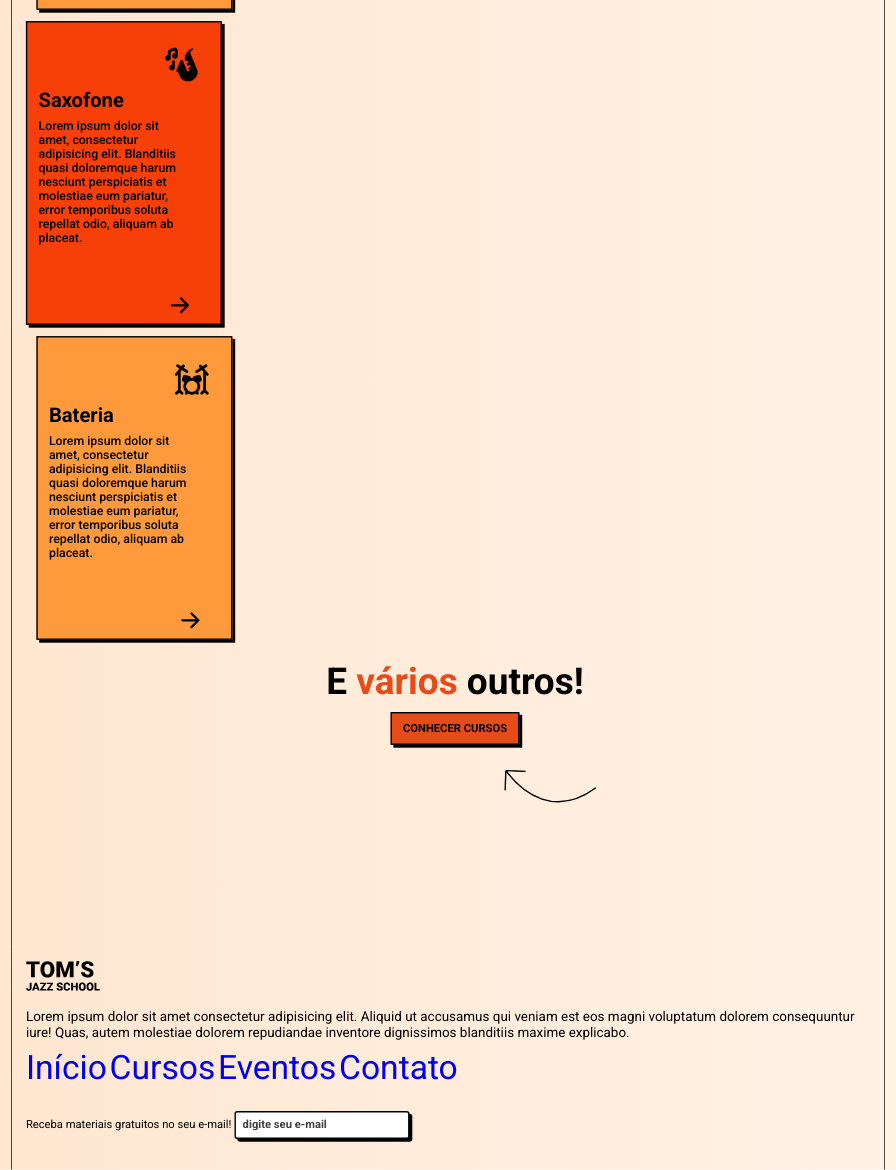
Repository: guilhermecardoso93/obebitecode
Page: index.html
The author's editor kept a copy of each file at every save. The page is drawn from the files as they stood at one save, then again after the next save.
The browser window is 1280 px wide. The pictures show the part of the page from y = 2363 to 4283 px (the page is 4034 px tall before and 4283 px after), at 70% of full size.

Above is the page before, as saved 2023-08-16 20:44:18.

After the next save:
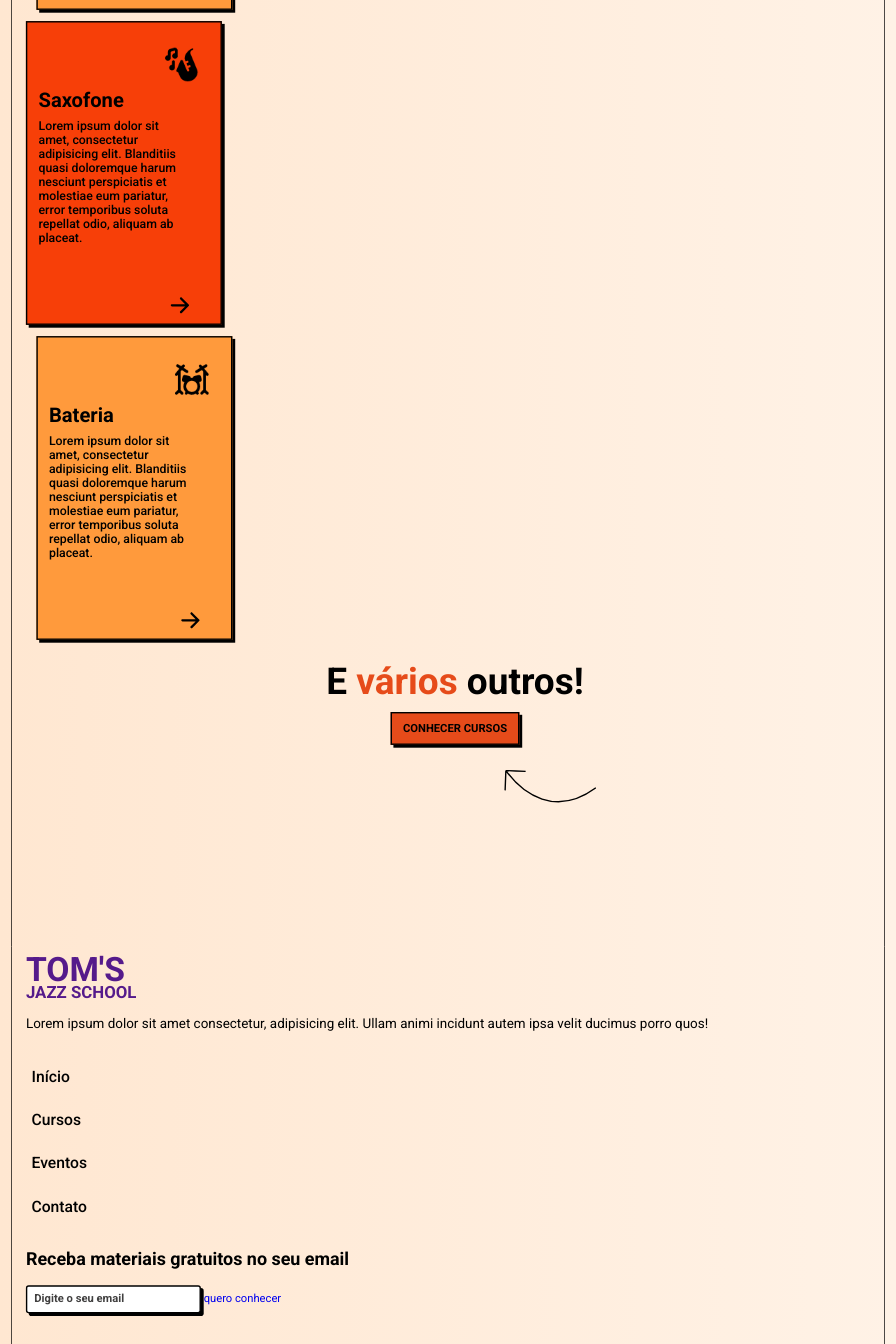
Saved 35 s later.
--- a/index.html
+++ b/index.html
@@ -107,26 +107,24 @@
         </div>
       </section>
     </main>
-    <footer>
+    <footer id="contato">
       <div>
-        <img src="./assets/logo.svg" alt="Logo da Tom's Jazz School" />
-        <p>
-          Lorem ipsum dolor sit amet consectetur adipisicing elit. Aliquid ut
-          accusamus qui veniam est eos magni voluptatum dolorem consequuntur
-          iure! Quas, autem molestiae dolorem repudiandae inventore dignissimos
-          blanditiis maxime explicabo.
-        </p>
+        <a href=""><h1><span class="tom" id="inicio">Tom's</span> <br>jazz school</h1></a>
+        <p>Lorem ipsum dolor sit amet consectetur, adipisicing elit. Ullam animi incidunt autem ipsa velit ducimus porro quos!</p>
       </div>
-      <div>
-        <a href="/"><span>Início</span></a>
-        <a href="/"><span>Cursos</span></a>
-        <a href="/"><span>Eventos</span></a>
-        <a href="/"><span>Contato</span></a>
-      </div>
-      <div>
-        <label for="email">Receba materiais gratuitos no seu e-mail!</label>
-        <input type="text" id="email" placeholder="digite seu e-mail" />
-      </div>
+        <nav class="footer-menu">
+            <a href="#inicio">Início</a>
+            <a href="#cursos">Cursos</a>
+            <a href="#eventos">Eventos</a>
+            <a href="#contato">Contato</a>
+          </nav>
+          <div>
+            <h4>Receba materiais gratuitos no seu email</h4>
+            <form action="/">
+              <input type="email" placeholder="Digite o seu email">
+              <a href="/" class="btn-default btn-footer">quero conhecer</a>
+            </form>
+          </div>
     </footer>
   </body>
 </html>
